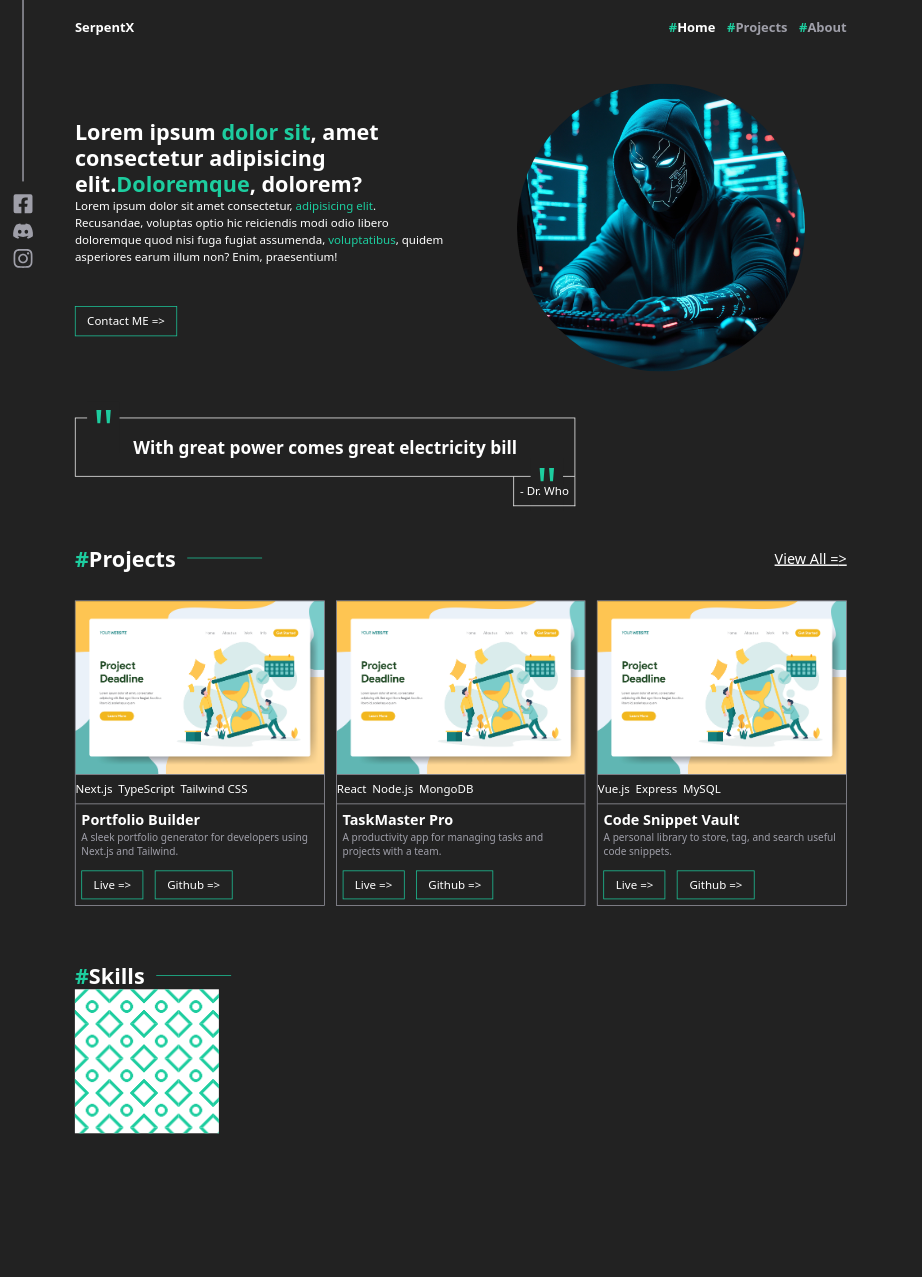
Repository: SERPENTX03/Portfolio-Tutorial
Page: /
An editor plug-in stored every save of this project. The page is shown before and after the next save, followed by the edit.
The browser window is 1280 px wide. The pictures show the whole page, at 72% of full size.
The project was rebuilt for these pictures with package versions that can differ from the ones it lists, and the page was loaded fresh each time. The framework's server and built-in components were replaced by stand-ins that run in the browser. Also part of the build but not shown: next.config.ts.

Above is the page before, as saved 2025-04-19 21:35:03.

### app/layout.tsx
import type { Metadata } from "next";
import { Geist, Geist_Mono } from "next/font/google";
import "./globals.css";
import SideContact from "@/components/SideContact";
import Navbar from "@/components/nav/Navbar";

const geistSans = Geist({
  variable: "--font-geist-sans",
  subsets: ["latin"],
});

const geistMono = Geist_Mono({
  variable: "--font-geist-mono",
  subsets: ["latin"],
});

export const metadata: Metadata = {
  title: "Create Next App",
  description: "Generated by create next app",
};

export default function RootLayout({
  children,
}: Readonly<{
  children: React.ReactNode;
}>) {
  return (
    <html lang="en">
      <body
        className={`${geistSans.variable} ${geistMono.variable} antialiased`}
      >
        <SideContact />
        <main className="max-w-[1200px] mx-auto sm:px-16 px-3">
          <Navbar />
          {children}
          <footer className="h-[200px]"></footer>
        </main>
      </body>
    </html>
  );
}

### app/page.tsx
import Hero from "@/components/Hero";
import Projects from "@/components/Projects";
import Skils from "@/components/Skils";

const Home = () => {
  return (
    <div>
      <Hero />
      <Projects />
      <Skils />
    </div>
  );
};
export default Home;

### app/globals.css
@import "tailwindcss";

@theme {
  --color-primary: #1dcd9f;
  --color-background: #222222;
  --color-text: #9f9fa9;
}

@utility hover-btn {
  @apply hover:bg-primary/30 transition-colors duration-300 ease-in-out border border-primary px-4 py-2 mt-14 cursor-pointer;
}

body {
  background-color: var(--color-background);
  color: white;
}

.pattern {
  background: linear-gradient(
      45deg,
      transparent 14%,
      #1dcd9f 15%,
      #1dcd9f 20%,
      transparent 21%,
      transparent 79%,
      #1dcd9f 80%,
      #1dcd9f 85%,
      transparent 86%
    ),
    linear-gradient(
      135deg,
      transparent 14%,
      #1dcd9f 15%,
      #1dcd9f 20%,
      transparent 21%,
      transparent 79%,
      #1dcd9f 80%,
      #1dcd9f 85%,
      transparent 86%
    ),
    radial-gradient(transparent 14%, #1dcd9f 15%, #1dcd9f 25%, transparent 26%);
  background-size: 3em 3em;
  background-color: #ffffff;
  opacity: 1;
}

### components/SideContact.tsx
import Link from "next/link";
import { FaFacebookSquare } from "react-icons/fa";
import { FaDiscord } from "react-icons/fa";
import { FaInstagram } from "react-icons/fa";

const SideContact = () => {
  return (
    <div className="fixed top-0 left-0 w-16 lg:flex flex-col hidden ">
      {/* Line */}
      <div className="h-[35vh] relative">
        <div className="h-full border border-text absolute top-0 left-1/2 -translate-x-1/2"></div>
      </div>
      {/* Socials */}
      <div className="text-text mt-4 flex flex-col gap-2 items-center">
        <Link target="_blank" href="https://www.facebook.com/serpentx.dev">
          <FaFacebookSquare size={30} />
        </Link>
        <Link target="_blank" href="https://discord.gg/serpentx">
          <FaDiscord size={30} />
        </Link>
        <Link target="_blank" href="https://www.instagram.com/serpentx.dev">
          <FaInstagram size={30} />
        </Link>
      </div>
    </div>
  );
};
export default SideContact;

### components/nav/Navbar.tsx
import MenuHamburger from "./MenuHamburger";
import Navlink from "./Navlink";

const Navbar = () => {
  return (
    <div className="flex justify-between items-center py-6">
      <h1 className="text-lg font-semibold ">SerpentX</h1>
      <Navlink />
      <MenuHamburger />
    </div>
  );
};
export default Navbar;

### components/Hero.tsx
import Image from "next/image";

const Hero = () => {
  return (
    <section className="mt-10">
      <div className="flex flex-col sm:flex-row justify-between gap-10 items-center">
        <div className="w-full sm:w-1/2">
          <h2 className="text-3xl font-bold">
            Lorem ipsum <span className="text-primary">dolor sit</span>, amet
            consectetur adipisicing elit.
            <span className="text-primary">Doloremque</span>, dolorem?
          </h2>
          <p>
            Lorem ipsum dolor sit amet consectetur,{" "}
            <span className="text-primary">adipisicing elit</span>. Recusandae,
            voluptas optio hic reiciendis modi odio libero doloremque quod nisi
            fuga fugiat assumenda,{" "}
            <span className="text-primary">voluptatibus</span>, quidem
            asperiores earum illum non? Enim, praesentium!
          </p>
          <button className="hover-btn ">Contact ME ={">"}</button>
        </div>
        <div className="w-full sm:w-1/2 flex justify-center">
          <Image
            className="object-cover rounded-full"
            src="/images/hero.jpg"
            alt="hero"
            width={400}
            height={400}
          />
        </div>
      </div>
      <div className="mt-16 flex justify-center border py-6 px-20 w-fit relative">
        <h5 className=" text-2xl font-bold ">
          With great power comes great electricity bill
        </h5>
        <span className="absolute -top-6 left-4 bg-background px-2 text-primary text-7xl">
          &quot;
        </span>
        <span className="absolute -bottom-12 h-fit right-4 bg-background px-2 text-primary text-7xl">
          &quot;
        </span>
        <span className="absolute right-[-1px] -bottom-10.5 border-x border-b p-2">
          - Dr. Who
        </span>
      </div>
    </section>
  );
};
export default Hero;

### components/Projects.tsx
import { projects } from "@/data/Project";
import Image from "next/image";
import Link from "next/link";

const Projects = () => {
  return (
    <section className="mt-24">
      <div className="flex justify-between items-center">
        <h2 className="text-3xl font-bold relative ">
          <span className="text-primary">#</span>Projects
          <span className="absolute -right-30 bottom-1/2 -translate-y-1/2 w-26 h-px bg-primary"></span>
        </h2>
        <Link className="text-xl underline" href="/projects">
          View All ={">"}
        </Link>
      </div>
      <div className="grid gird-cols-1 sm:grid-cols-2 md:grid-cols-3 gap-4 mt-10">
        {projects.slice(0, 3).map((project) => (
          <div key={project.id} className="border border-text">
            <Image
              src={project.image || ""}
              alt={project.title}
              width={300}
              height={300}
              className="w-full h-60 object-cover"
            />
            <div className="flex gap-2 py-2 border-y border-text">
              {project.language.map((lang) => (
                <p key={lang}>{lang}</p>
              ))}
            </div>
            <div className="p-2">
              <h3 className="text-xl font-bold">{project.title}</h3>
              <p className="text-sm text-text">{project.description}</p>
            </div>
            <div className="flex p-2">
              <div className="py-2 space-x-4">
                <Link href="/projects" className="hover-btn">
                  Live ={">"}
                </Link>
                <Link href="/projects" className="hover-btn">
                  Github ={">"}
                </Link>
              </div>
            </div>
          </div>
        ))}
      </div>
    </section>
  );
};
export default Projects;

### components/Skils.tsx
const Skils = () => {
  return (
    <section className="mt-20">
      <h2 className="text-3xl font-bold relative w-fit">
        <span className="text-primary">#</span>Skills
        <span className="absolute -right-30 bottom-1/2 -translate-y-1/2 w-26 h-px bg-primary"></span>
      </h2>
      <div className="flex justify-between">
        {/* Pattern */}
        <div className="w-[200px] h-[200px] pattern"></div>
        {/* Skils */}
        <div></div>
      </div>
    </section>
  );
};
export default Skils;

### components/nav/MenuHamburger.tsx
"use client";
import { RiMenuFoldLine } from "react-icons/ri";
import { links } from "@/data/NavLink";
import { useEffect, useState } from "react";
import { IoClose } from "react-icons/io5";
import Link from "next/link";
import { usePathname } from "next/navigation";
import { motion, AnimatePresence } from "framer-motion";
import { FaDiscord, FaFacebookSquare, FaInstagram } from "react-icons/fa";

const MenuHamburger = () => {
  const [isOpen, setIsOpen] = useState(false);
  const pathname = usePathname();

  const handleOpen = () => {
    setIsOpen(!isOpen);
  };

  useEffect(() => {
    setIsOpen(false); // ปิดเมนูเมื่อ path เปลี่ยน
  }, [pathname]);
  return (
    <>
      <AnimatePresence mode="wait">
        {isOpen ? (
          <motion.div
            key="close"
            initial={{ rotate: -90, opacity: 0 }}
            animate={{ rotate: 0, opacity: 1 }}
            exit={{ rotate: 90, opacity: 0 }}
            transition={{ duration: 0.2 }}
            className="cursor-pointer block md:hidden z-50"
            onClick={handleOpen}
          >
            <IoClose size={30} />
          </motion.div>
        ) : (
          <motion.div
            key="menu"
            initial={{ rotate: 90, opacity: 0 }}
            animate={{ rotate: 0, opacity: 1 }}
            exit={{ rotate: -90, opacity: 0 }}
            transition={{ duration: 0.3 }}
            className="cursor-pointer block md:hidden z-10"
            onClick={handleOpen}
          >
            <RiMenuFoldLine size={30} />
          </motion.div>
        )}
      </AnimatePresence>
      {isOpen && (
        <ul className="fixed top-0 left-0 w-full h-screen bg-background ">
          <h1 className="text-2xl font-bold m-3">SerpentX</h1>
          {links.map((nav, index) => (
            <li
              key={index}
              className={`text-2xl m-3 font-semibold text-text ${
                pathname === nav.href ? "text-white" : "text-text"
              }`}
            >
              <Link href={nav.href}>
                <span className="text-primary">#</span>
                {nav.label}
              </Link>
            </li>
          ))}
        </ul>
      )}
      {isOpen && (
        <div className="fixed bottom-4 left-1/2 -translate-x-1/2 flex gap-4">
          <Link target="_blank" href="https://www.facebook.com/serpentx.dev">
            <FaFacebookSquare size={30} />
          </Link>
          <Link target="_blank" href="https://discord.gg/serpentx">
            <FaDiscord size={30} />
          </Link>
          <Link target="_blank" href="https://www.instagram.com/serpentx.dev">
            <FaInstagram size={30} />
          </Link>
        </div>
      )}
    </>
  );
};
export default MenuHamburger;

### components/nav/Navlink.tsx
"use client";
import { links } from "@/data/NavLink";
import Link from "next/link";
import { usePathname } from "next/navigation";

const Navlink = () => {
  const pathname = usePathname();
  return (
    <ul className="md:flex gap-4 hidden ">
      {links.map((nav, index) => (
        <li
          key={index}
          className={`text-lg font-semibold text-text ${
            pathname === nav.href ? "text-white" : "text-text"
          }`}
        >
          <Link href={nav.href}>
            <span className="text-primary">#</span>
            {nav.label}
          </Link>
        </li>
      ))}
    </ul>
  );
};
export default Navlink;

### data/Project.ts
export const projects = [
  {
    id: 1,
    title: "Portfolio Builder",
    description:
      "A sleek portfolio generator for developers using Next.js and Tailwind.",
    language: ["Next.js", "TypeScript", "Tailwind CSS"],
    image: "/images/project1.jpg",
  },
  {
    id: 2,
    title: "TaskMaster Pro",
    description:
      "A productivity app for managing tasks and projects with a team.",
    language: ["React", "Node.js", "MongoDB"],
    image: "/images/project1.jpg",
  },
  {
    id: 3,
    title: "Code Snippet Vault",
    description:
      "A personal library to store, tag, and search useful code snippets.",
    language: ["Vue.js", "Express", "MySQL"],
    image: "/images/project1.jpg",
  },
  {
    id: 4,
    title: "DevBlog Engine",
    description:
      "A markdown-powered blogging platform for developers with dark mode.",
    language: ["Next.js", "MDX", "Tailwind CSS"],
    image: "/images/project1.jpg",
  },
  {
    id: 5,
    title: "CryptoTracker",
    description:
      "Live cryptocurrency prices and portfolio manager with real-time charts.",
    language: ["React", "Chart.js", "CoinGecko API"],
    image: "/images/project1.jpg",
  },
  {
    id: 6,
    title: "EcomDash",
    description:
      "An admin dashboard for managing products, orders, and analytics.",
    language: ["Angular", "Firebase", "SCSS"],
    image: "/images/project1.jpg",
  },
  {
    id: 7,
    title: "ChatterBox",
    description:
      "A real-time chat application with private and group messaging.",
    language: ["React", "Socket.io", "Node.js"],
    image: "/images/project1.jpg",
  },
  {
    id: 8,
    title: "CodeQuiz Arena",
    description: "An interactive quiz app for coding topics with leaderboards.",
    language: ["Svelte", "TypeScript", "Supabase"],
    image: "/images/project1.jpg",
  },
  {
    id: 9,
    title: "WeatherZen",
    description:
      "A minimalist weather app with animated forecasts and map integration.",
    language: ["Vue.js", "OpenWeatherMap API", "Tailwind CSS"],
    image: "/images/project1.jpg",
  },
  {
    id: 10,
    title: "DesignSync",
    description: "Tool to sync design tokens between Figma and your codebase.",
    language: ["Electron", "Figma API", "TypeScript"],
    image: "/images/project1.jpg",
  },
];

### data/NavLink.ts
export const links = [
  {
    label: "Home",
    href: "/",
  },
  {
    label: "Projects",
    href: "/projects",
  },
  {
    label: "About",
    href: "/about",
  },
];

After the next save:
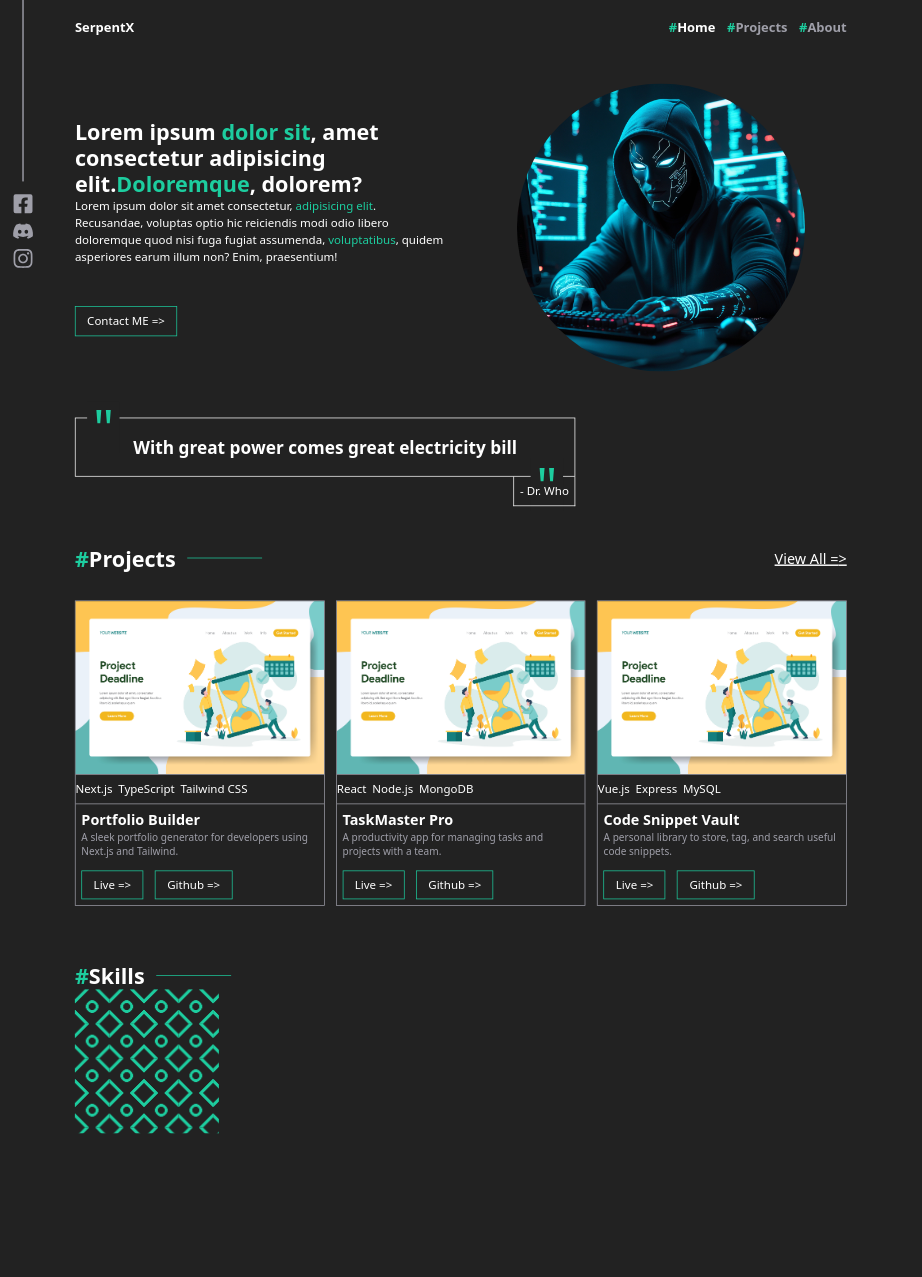
Saved 13 s later.
--- a/app/globals.css
+++ b/app/globals.css
@@ -40,6 +40,5 @@ body {
     ),
     radial-gradient(transparent 14%, #1dcd9f 15%, #1dcd9f 25%, transparent 26%);
   background-size: 3em 3em;
-  background-color: #ffffff;
   opacity: 1;
 }
